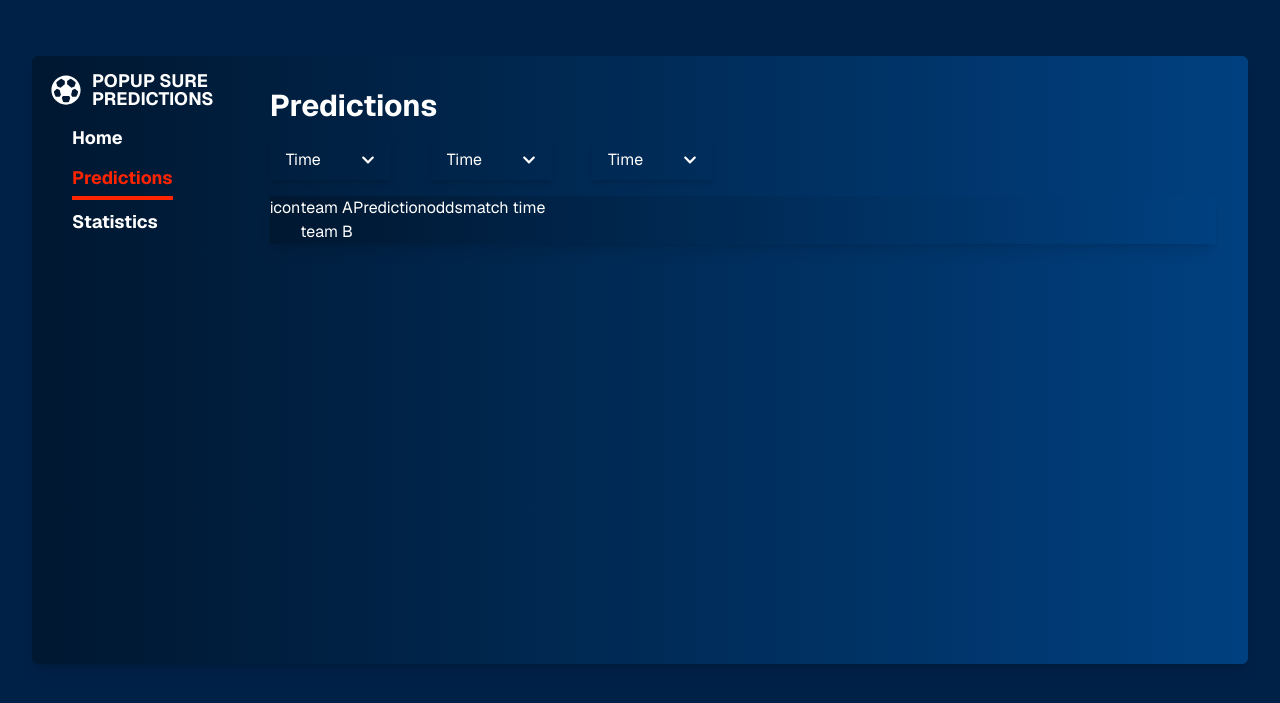
Repository: prototypedave/AlgoFooty
Page: /predictions (app in frontend/algo-footy/)
The author's editor kept a copy of each file at every save. The page is drawn from the files as they stood at one save, then again after the next save.
The browser window is 1280 px wide. The pictures show the whole page.
The project was rebuilt for these pictures with package versions that can differ from the ones it lists, and the page was loaded fresh each time. The framework's server and built-in components were replaced by stand-ins that run in the browser. Also part of the build but not shown: frontend/algo-footy/next.config.ts.

Above is the page before, as saved 2025-11-03 08:01:02.

After the next save:
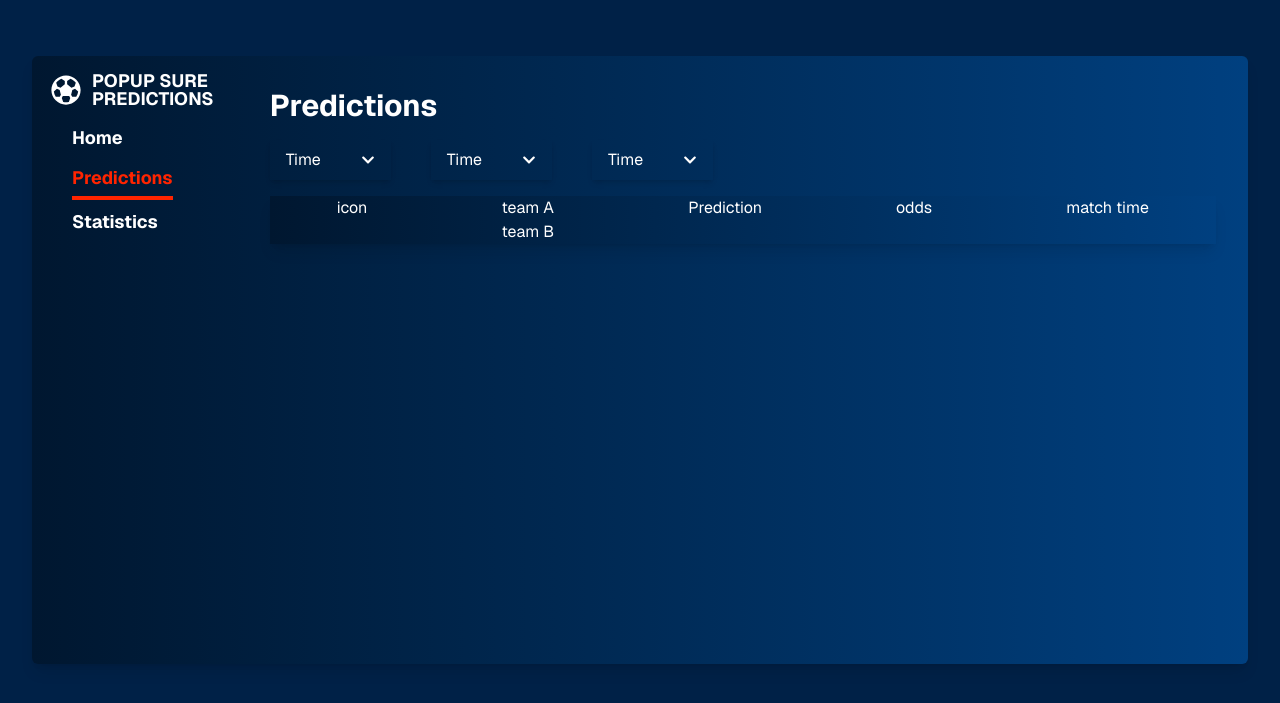
Saved 25 s later.
--- a/frontend/algo-footy/app/predictions/page.tsx
+++ b/frontend/algo-footy/app/predictions/page.tsx
@@ -45,7 +45,7 @@ export default function Predictions() {
                     </div>
                     <div className="flex w-full">
                         <ol className="w-full">
-                            <li className="flex bg-gradient-to-r from-[#001730] to-[#004080] w-full shadow-lg">
+                            <li className="flex bg-gradient-to-r from-[#001730] to-[#004080] w-full shadow-lg justify-around">
                                 <p>icon</p>
                                 <div>
                                     <p>team A</p>
